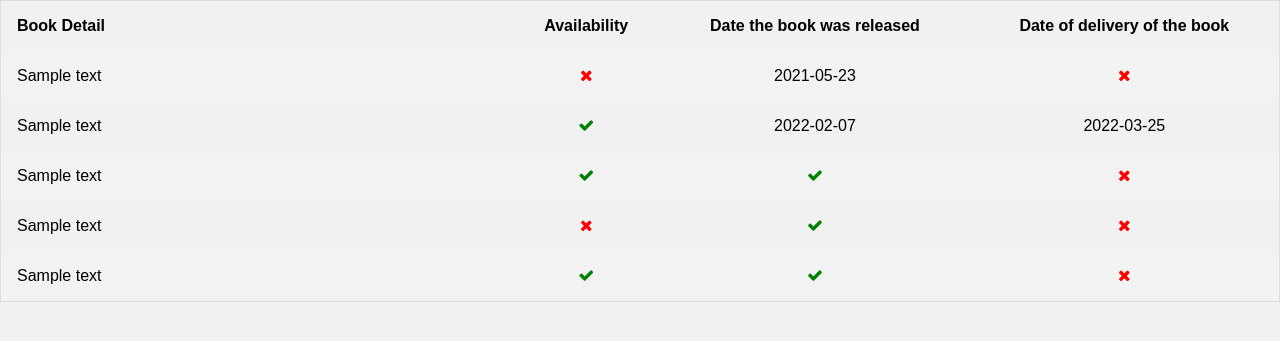
Repository: RPSKumara/DPEdudationPyhton
Page: ResponsiveWebAssigment/category.html
The author's editor kept a copy of each file at every save. The page is drawn from the files as they stood at one save, then again after the next save.
The browser window is 1280 px wide. The pictures show the whole page.

Above is the page before, as saved 2022-04-22 14:41:12.

After the next save:
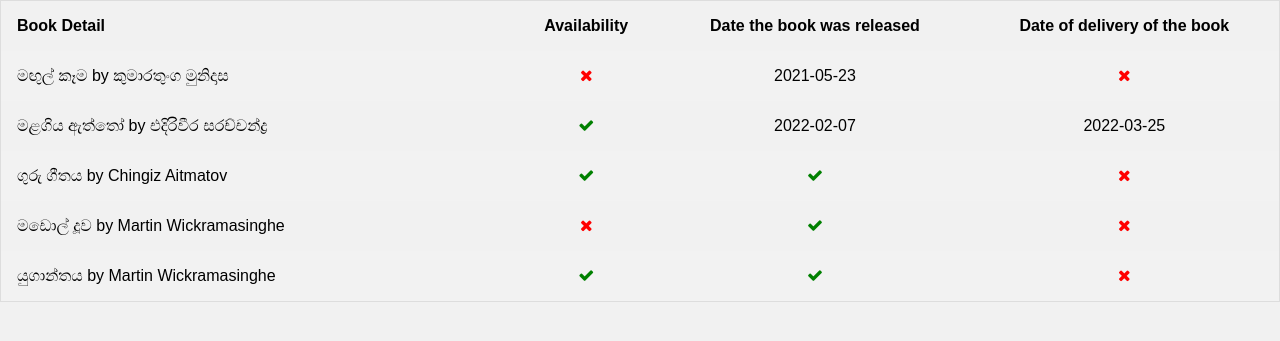
Saved 2 min 4 s later.
--- a/ResponsiveWebAssigment/category.html
+++ b/ResponsiveWebAssigment/category.html
@@ -20,31 +20,31 @@
 				<th>Date of delivery of the book</th>
 			</tr>
 			<tr>
-				<td>Sample text</td>
+				<td>මඟුල් කෑම by කුමාරතුංග මුනිදාස</td>
 				<td><i class="fa fa-remove"></i></td>
 				<td>2021-05-23</td>
 				<td><i class="fa fa-remove"></i></td>
 			</tr>
 			<tr>
-				<td>Sample text</td>
+				<td>මළගිය ඇත්තෝ by එදිරිවීර සරච්චන්ද්‍ර</td>
 				<td><i class="fa fa-check"></i></td>
 				<td>2022-02-07</td>
                 <td>2022-03-25</td>
 			</tr>
 			<tr>
-				<td>Sample text</td>
+				<td>ගුරු ගීතය by Chingiz Aitmatov</td>
 				<td><i class="fa fa-check"></i></td>
 				<td><i class="fa fa-check"></i></td>
                 <td><i class="fa fa-remove"></i></td>
 			</tr>
 			<tr>
-				<td>Sample text</td>
+				<td>මඩොල් දූව by Martin Wickramasinghe</td>
 				<td><i class="fa fa-remove"></i></td>
 				<td><i class="fa fa-check"></i></td>
                 <td><i class="fa fa-remove"></i></td>
 			</tr>
 			<tr>
-				<td>Sample text</td>
+				<td>යුගාන්තය by Martin Wickramasinghe</td>
 				<td><i class="fa fa-check"></i></td>
 				<td><i class="fa fa-check"></i></td>
                 <td><i class="fa fa-remove"></i></td>
